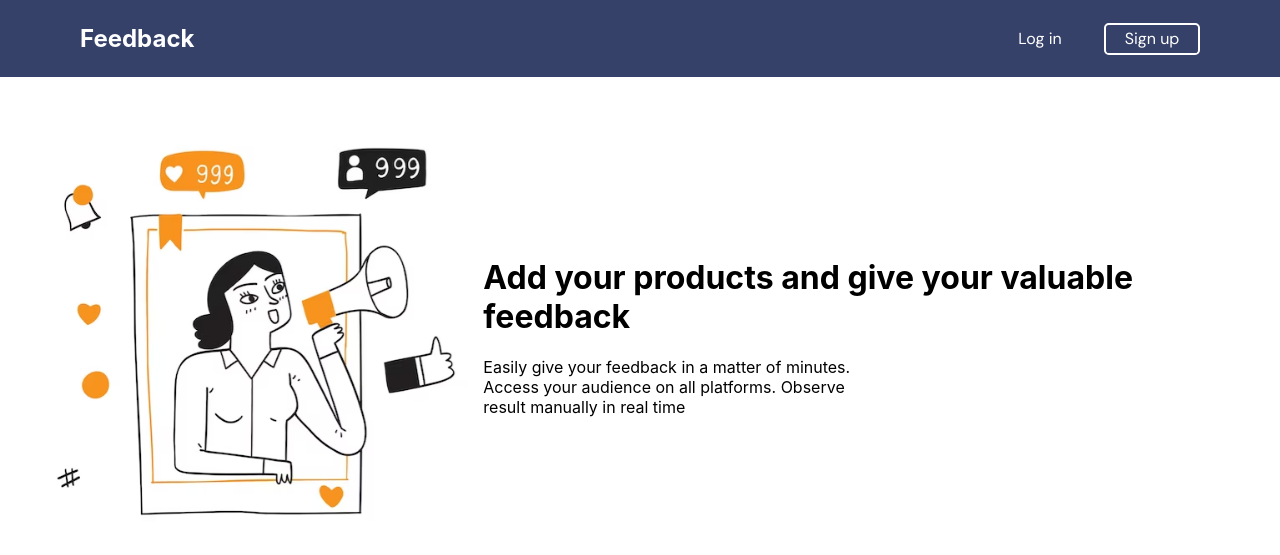
Repository: drumsmanku/final-evaluation-test
Page: / (app in client/)
The author's editor kept a copy of each file at every save. The page is drawn from the files as they stood at one save, then again after the next save.
The browser window is 1280 px wide. The pictures show the whole page.
The project was rebuilt for these pictures with package versions that can differ from the ones it lists, and the page was loaded fresh each time. Also part of the build but not shown: client/src/App.css.

Above is the page before, as saved 2023-07-27 22:02:34.

### client/src/App.js
import './App.css';
import { BrowserRouter as Router, Route, Routes} from 'react-router-dom';
import MainPage from './Components/MainPage';
function App() {
  return (
    <div className="App">
      <Router>
        <Routes>
          <Route path='/' element={<MainPage/>}/>


        </Routes>
      </Router>
    </div>
  );
}

export default App;

### client/src/Components/MainPage.js
import React, {useState, useEffect} from 'react';
import '../CSS/MainPage.css';
import profile from'../Assets/profilepic.webp';
import img1 from '../Assets/frontphoto.png'

function MainPage() {
  const [isLoggedIn, setIsLoggedIn]=useState(false);
  useEffect(()=>{
    const User=localStorage.getItem('user');
    if(User){
      setIsLoggedIn(true);
    }

  });
  const handleLogout=()=>{
    localStorage.removeItem('user');
    setIsLoggedIn(false);
  }


  return (
    <div className='main-container'>
      <div className="main-top-container">
        <div className='navbar' >
          <div style={{display:'flex',width:'100%', justifyContent:' space-between', alignItems:'center',}}>
          <h3 style={{marginLeft:'5rem', color:'white', fontSize:'1.5rem'}}>Feedback</h3>
          <div style={{display:'flex', marginRight:'5rem'}}>
              {isLoggedIn ? (
                <>
                  <button style={{background:'none', fontSize:'large', border:'none', fontFamily:'DM Sans', color:'white'}} onClick={handleLogout}>Logout</button>
                  <span style={{color:'white', fontFamily:'DM Sans', fontSize:'large', display:'flex', alignItems:'center', marginLeft:'1rem'}}>Hello!</span>
                  <img src={profile} alt="" height={50} width={50} style={{borderRadius:'100%', marginLeft:'1rem'}} />
                </>
              ) : (
                <>
                  <button className='btn-main-page-login' type='submit'  >Log in</button>
                  <button type='submit'  className='btn-main-page-register' >Sign up</button>
                </>
              )}
            </div>
          </div>
        </div>
        <div className="title-desc">
          <img src={img1} alt="" height={500}/>
          <div style={{display:'flex', flexDirection:'column', }}>
              <h1> Add your products and give your valuable feedback</h1>
              <span style={{maxWidth:'50%'}}>Easily give your feedback in a matter of minutes. Access your audience on all platforms. Observe result manually in real time</span>
          </div>
        </div>
      </div>
      <div className="main-bottom-container"></div>
    </div>
  )
}

export default MainPage

### client/src/CSS/MainPage.css
@import url('https://fonts.googleapis.com/css2?family=DM+Sans&display=swap');

.main-container{
  height: 100vh;
  width: 100vw;
  display: flex;
  flex-direction: column;

}
.main-top-container{
  width: 100%;
}
.btn-main-page-login{
  height: 2rem;
  width: 6rem;
  font-weight: 500;
  font-size: medium ;
  background: none;
  border: none;
  border-radius: 0.3rem;
  margin-left: 1rem;
  margin-bottom:0;
  color: white;
  font-family: 'DM Sans';
  cursor: pointer;
}
.btn-main-page-register{
  height: 2rem;
  width: 6rem;
  font-size: medium;
  font-weight: 500;
  background-color: #36416A;
  border: 2px solid white;
  border-radius: 0.3rem;
  margin-left: 1rem;
  margin-bottom:0;
  color: white;
  font-family: 'DM Sans';
  cursor: pointer;
}
.navbar{
  width: 100%;
  background-color: #36416A;
}
.title-desc{
  width: 100%;
  display: flex;
  align-items: center;
  justify-content: space-around;
}

Loaded but not shown: client/public/index.html (common file); client/src/index.js (common file); client/src/index.css (common file)

After the next save:
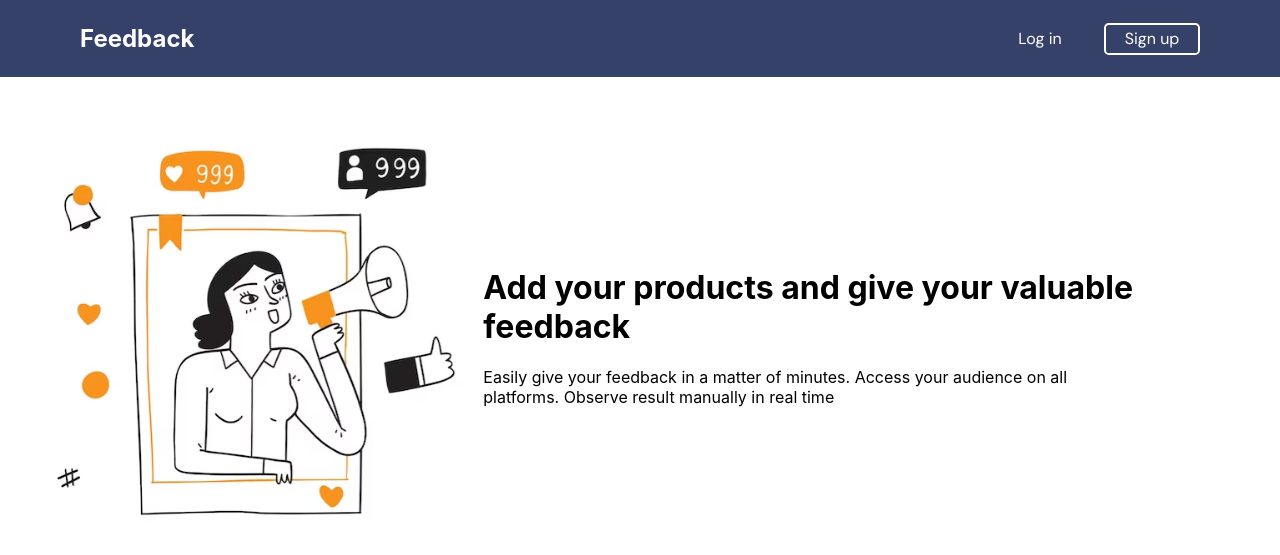
Saved 4 s later.
--- a/client/src/Components/MainPage.js
+++ b/client/src/Components/MainPage.js
@@ -44,7 +44,7 @@ function MainPage() {
           <img src={img1} alt="" height={500}/>
           <div style={{display:'flex', flexDirection:'column', }}>
               <h1> Add your products and give your valuable feedback</h1>
-              <span style={{maxWidth:'50%'}}>Easily give your feedback in a matter of minutes. Access your audience on all platforms. Observe result manually in real time</span>
+              <span style={{maxWidth:'80%'}}>Easily give your feedback in a matter of minutes. Access your audience on all platforms. Observe result manually in real time</span>
           </div>
         </div>
       </div>
